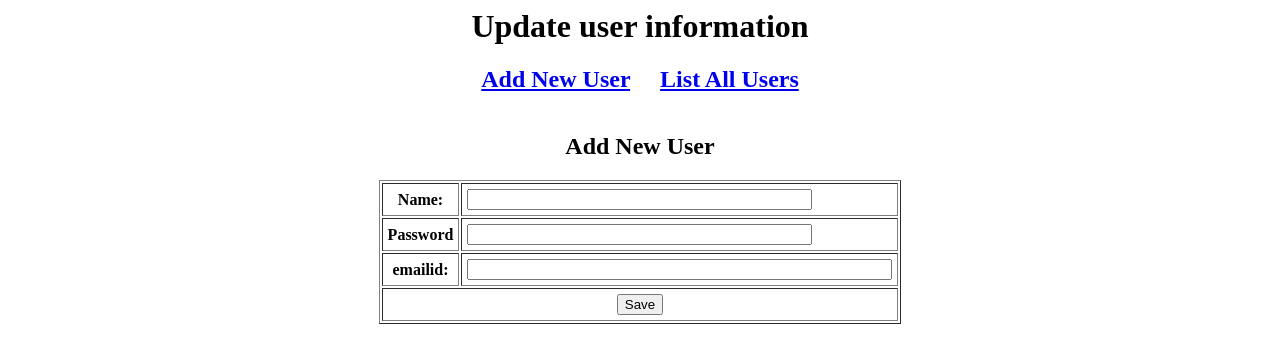
Repository: balu-sadanandan/demo-Shopping-cart-application
Page: http://localhost/shopping-cart/usrform.jsp
The author's editor kept a copy of each file at every save. The page is drawn from the files as they stood at one save, then again after the next save.
The browser window is 1280 px wide. The pictures show the whole page.
The page is served by Tomcat 9. Other server files are loaded and not shown.

Above is the page before, as saved 2017-09-15 12:51:10.

### shopping-cart/WebContent/usrform.jsp
<%@ page language="java" contentType="text/html; charset=UTF-8"
    pageEncoding="UTF-8"%>
<%@ taglib uri="http://java.sun.com/jsp/jstl/core" prefix="c" %>
<html>
<head>
    <title>random shopping site</title>
</head>
<body>
    <center>
        <h1>Update user information</h1>
        <h2>
            <a href="new">Add New User</a>
            &nbsp;&nbsp;&nbsp;
            <a href="list">List All Users</a>


        </h2>
    </center>
    <div align="center">
        <c:if test="${user != null}">
            <form action="update" method="post">
        </c:if>
        <c:if test="${user == null}">
            <form action="insert" method="post">
        </c:if>
        <table border="1" cellpadding="5">
            <caption>
                <h2>
                    <c:if test="${user != null}">
                        Edit User
                    </c:if>
                    <c:if test="${user == null}">
                        Add New User
                    </c:if>
                </h2>
            </caption>
                <c:if test="${user != null}">
                    <input type="hidden" name="id" value="<c:out value='${user.uid}' />" />
                </c:if>
            <tr>
                <th>Name: </th>
                <td>
                    <input type="text" name="name" size="40"
                            value="<c:out value='${user.name}' />"
                        />
                </td>
            </tr>
            <tr>
                <th>Password </th>
                <td>
                    <input type="text" name="pwd" size="40"
                            value="<c:out value='${user.pwd}' />"
                    />
                </td>
            </tr>
            <tr>
                <th>emailid: </th>
                <td>
                    <input type="text" name="mid" size="50"
                            value="<c:out value='${user.mailid}' />"
                    />
                </td>
            </tr>
            <tr>
                <td colspan="2" align="center">
                    <input type="submit" value="Save" />
                </td>
            </tr>
        </table>
        </form>
    </div>
</body>
</html>

After the next save:
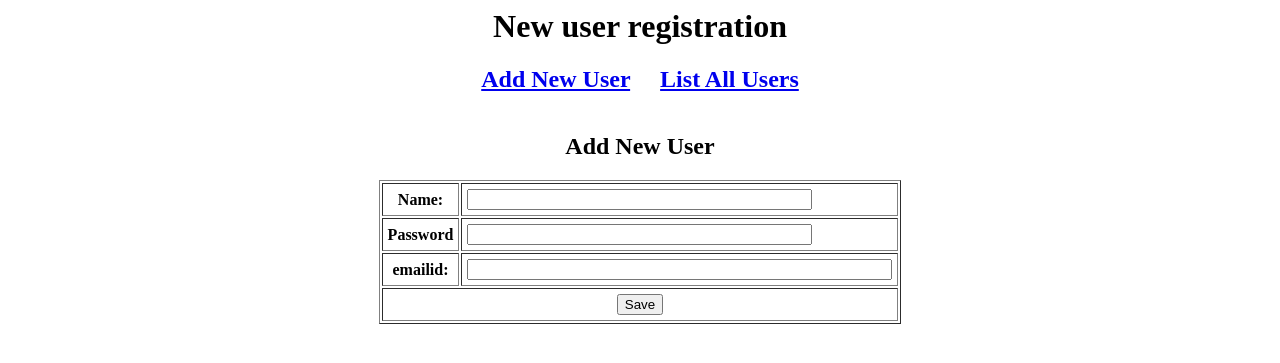
Saved 27 s later.
--- a/shopping-cart/WebContent/usrform.jsp
+++ b/shopping-cart/WebContent/usrform.jsp
@@ -7,7 +7,7 @@
 </head>
 <body>
     <center>
-        <h1>Update user information</h1>
+        <h1>New user registration</h1>
         <h2>
             <a href="new">Add New User</a>
             &nbsp;&nbsp;&nbsp;
